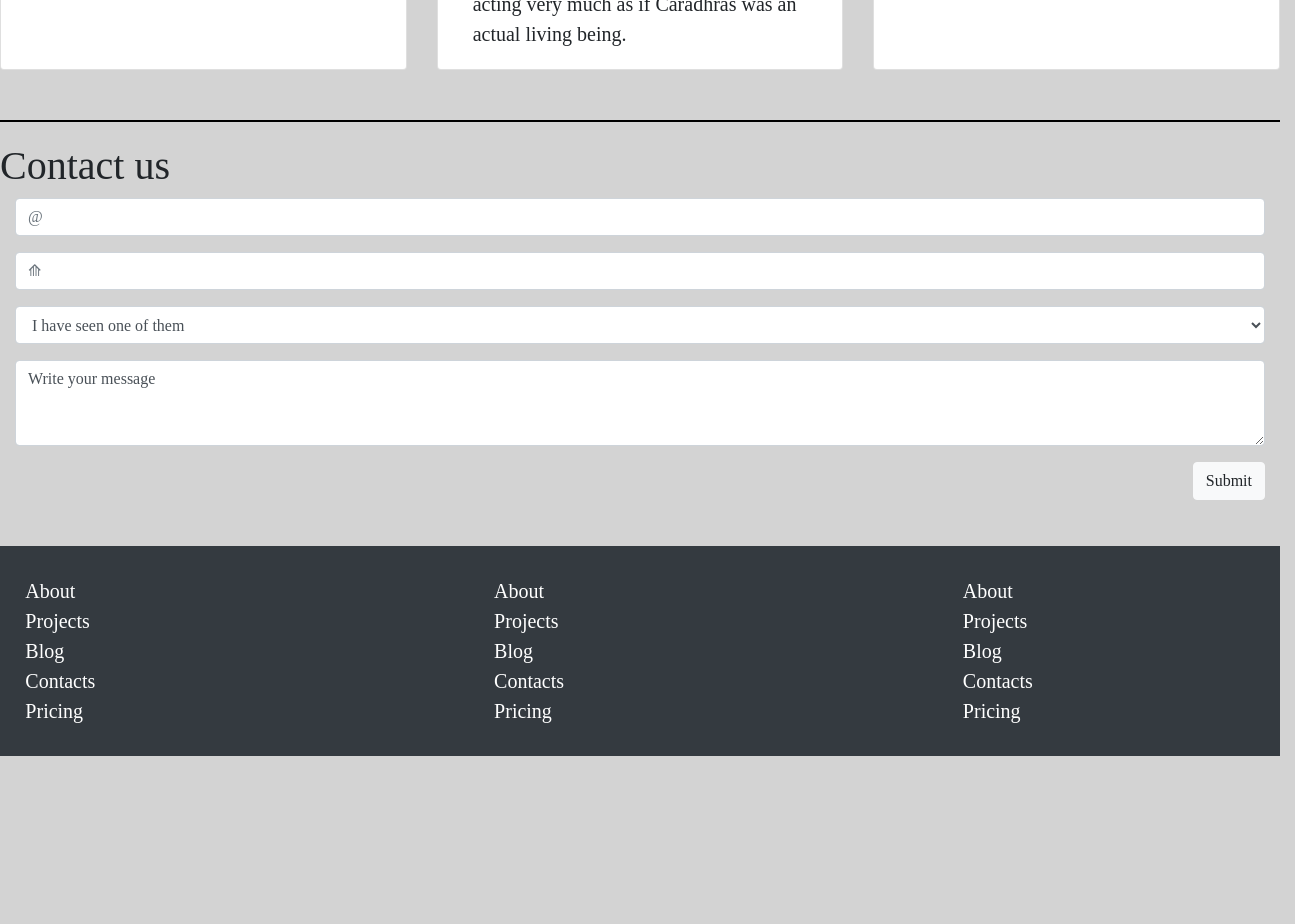
Repository: Khaleddwm/FindThePrecious
Page: index.html
An editor plug-in stored every save of this project. The page is shown before and after the next save, followed by the edit.
The browser window is 1280 px wide. The page is 1295 px wide, so the pictures cover 1295 px, including what lies to the right of the window. The pictures show the part of the page from y = 1790 to 2714 px (the page is 2714 px tall).
Some web fonts or font styles are not loaded; a fallback is used.

Above is the page before, as saved 2020-05-25 00:35:24.

### index.html
<!DOCTYPE html>
<html lang="en">
<head>
    <meta charset="UTF-8">
    <meta name="viewport" content="width=device-width, initial-scale=1.0">
    <title>FindThePrecious</title>
    <link href="https://fonts.googleapis.com/css2?family=Bad+Script&display=swap" rel="stylesheet">
    <!-- CSS only -->
    <link rel="stylesheet" href="https://stackpath.bootstrapcdn.com/bootstrap/4.5.0/css/bootstrap.min.css" integrity="sha384-9aIt2nRpC12Uk9gS9baDl411NQApFmC26EwAOH8WgZl5MYYxFfc+NcPb1dKGj7Sk" crossorigin="anonymous">
    <link rel="stylesheet" href="https://cdnjs.cloudflare.com/ajax/libs/font-awesome/4.7.0/css/font-awesome.min.css">
    <link rel="stylesheet" href="style.css">
    <!-- JS, Popper.js, and jQuery -->
    <script src="https://code.jquery.com/jquery-3.5.1.slim.min.js" integrity="sha384-DfXdz2htPH0lsSSs5nCTpuj/zy4C+OGpamoFVy38MVBnE+IbbVYUew+OrCXaRkfj" crossorigin="anonymous"></script>
    <script src="https://cdn.jsdelivr.net/npm/popper.js@1.16.0/dist/umd/popper.min.js" integrity="sha384-Q6E9RHvbIyZFJoft+2mJbHaEWldlvI9IOYy5n3zV9zzTtmI3UksdQRVvoxMfooAo" crossorigin="anonymous"></script>
    <script src="https://stackpath.bootstrapcdn.com/bootstrap/4.5.0/js/bootstrap.min.js" integrity="sha384-OgVRvuATP1z7JjHLkuOU7Xw704+h835Lr+6QL9UvYjZE3Ipu6Tp75j7Bh/kR0JKI" crossorigin="anonymous"></script>
</head>
<body>
    <nav class="navbar navbar-expand-sm navbar-dark bg-dark">
        <a href"index.html" class="titleNav navbar-brand">FindThePrecious.com</a>
        <button class="navbar-toggler" data-toggle="collapse" data-target="#navbarMenu">
            <span class="navbar-toggler-icon"></span>
        </button>
        <div class="collapse navbar-collapse" id="navbarMenu">
            <ul class="navbar-nav">
                <li class="nav-item">
                    <a href="#" class="nav-link">Fellows</a>
                </li>
                <li>
                    <a href="#" class="nav-link">Contact us</a>
                </li>
            </ul>
        </div>
    </nav>
    <div id="carouselControls" class="carousel slide" data-ride="carousel">
        <div class="carousel-inner">
            <div class="carousel-caption d-none d-block">
                <h1>Dangerous fellowship try to destroy the ring</h1>
                <p>Orcs, Goblins, Balrogs, protect your master Sauron !</p>
            </div>
            <div class="carousel-item active">
                <img class="d-block w-100" src="https://img.phonandroid.com/2018/04/seigneur-des-anneaux.jpg" alt="First slide">
            </div>
            <div class="carousel-item">
                <img class="d-block w-100" src="https://www.journaldugeek.com/content/uploads/2019/07/lord-of-the-rings-gollum-new-lotr-stealth-game-coming-2021-from-daedalic-entertainment-767717.jpg" alt="Second slide">
            </div>
            <div class="carousel-item">
                <img class="d-block w-100" src="https://vignette.wikia.nocookie.net/lotr/images/1/15/Gothmog_the_lord_of_balrogs_by_atohas-d8hf6ru.jpg/revision/latest?cb=20180410213854" alt="Third slide">
            </div>
        </div>
        <a class="carousel-control-prev" href="#carouselControls" role="button" data-slide="prev">
            <span class="carousel-control-prev-icon" aria-hidden="true"></span>
            <span class="sr-only">Previous</span>
        </a>
        <a class="carousel-control-next" href="#carouselControls" role="button" data-slide="next">
            <span class="carousel-control-next-icon" aria-hidden="true"></span>
            <span class="sr-only">Next</span>
        </a>
    </div>
    <div class="wanted">
        <div class="wanted-title">
            <h1>Fellows wanted dead (or alive if you want to eat them later)</h1>
        </div>
        <div class="card-deck">
            <div class="card col-xs-12 col-md-4">
                <img src="https://kr4v3n.github.io/Sauron/img/gandalf.png" class="card-img-top" alt="Gandalf">
                <div class="living card-img-overlay">
                    <h2>Reward 1000 gold coins</h2>
                </div>
                <div class="card-body">
                    <h2 class="card-title">Gandalf</h2>
                    <p class="card-text">
                        Gandalf was shorter in stature than the other two; but his long white hair,
                        his sweeping silver beard, and his broad shoulders, made him look like some wise king of ancient legend.
                        In his aged face under great snowy brows his eyes were set like coals that could suddenly burst into fire.
                    </p>
                </div>
            </div>
            <div class="card col-xs-12 col-md-4">
                <img src="https://kr4v3n.github.io/Sauron/img/gimli.png" class="card-img-top" alt="Gimli">
                <div class="dead card-img-overlay">
                    <h2>DEAD</h2>
                </div>
                <div class="card-body">
                    <h2 class="card-title">Gimli</h2>
                    <p class="card-text">
                        Gimli throughout the War showed perhaps the greatest open contempt for Sauron and his minions, save possibly Boromir.
                        He was a grim character, for the most part, laughing only occasionally and, though in a few rare situations inspiring amusement,
                        never joking. Due to his comments especially during the initial stage of the journey, he may be called more superstitious than the others,
                        acting very much as if Caradhras was an actual living being.
                    </p>
                </div>
            </div>
            <div class="card col-xs-12 col-md-4">
                <img src="https://kr4v3n.github.io/Sauron/img/aragorn.png" class="card-img-top" alt="Aragorn">
                <div class="living card-img-overlay">
                    <h2>Reward 250 gold coins</h2>
                </div>
                <div class="card-body">
                    <h2 class="card-title">Aragorn</h2>
                    <p class="card-text">
                        An artist's conception of Aragorn at The Prancing Pony Tolkien gives
                        a brief but detailed description of him in The Lord of the Rings: lean, dark, tall, with
                        "a shaggy head of dark hair flecked with grey, and in a pale stern face a pair of keen grey eyes."
                    </p>
                </div>
            </div>
        </div>
    </div>
    <div class="form">
        <h1>Contact us</h1>
        <form class="container-fluid">
            <div class="form-group">
                <input type="email" class="form-control" id="email" placeholder="&#64;">
            </div>
            <div class="form-group">
                <input type="email" class="form-control" id="email" placeholder="&#10224;">
            </div>
            <div class="form-group">
                <select class="form-control" id="select">
                    <option>I have seen one of them</option>
                    <option>I have lost one of them</option>
                    <option>I have find one of them</option>
                </select>
            </div>
            <div class="form-group">
                <textarea class="form-control" id="textarea" rows="3">Write your message</textarea>
            </div>
            <div class="form-group">
                <input type="submit" class="btn btn-light" id="submit" value="Submit">
            </div>
        </form>
    </div>
    <footer class="section footer-classic context-dark bg-image bg-dark">
        <div class="container-fluid">
            <div class="d-flex justify-content-between">
                <div class="col-md-4 col-xl-3">
                    <ul class="nav-list">
                        <li><a href="#">About</a></li>
                        <li><a href="#">Projects</a></li>
                        <li><a href="#">Blog</a></li>
                        <li><a href="#">Contacts</a></li>
                        <li><a href="#">Pricing</a></li>
                    </ul>
                </div>
                <div class="col-md-4 col-xl-3">
                    <ul class="nav-list">
                        <li><a href="#">About</a></li>
                        <li><a href="#">Projects</a></li>
                        <li><a href="#">Blog</a></li>
                        <li><a href="#">Contacts</a></li>
                        <li><a href="#">Pricing</a></li>
                    </ul>
                </div>
                <div class="col-md-4 col-xl-3">
                    <ul class="nav-list">
                        <li><a href="#">About</a></li>
                        <li><a href="#">Projects</a></li>
                        <li><a href="#">Blog</a></li>
                        <li><a href="#">Contacts</a></li>
                        <li><a href="#">Pricing</a></li>
                    </ul>
                </div>
            </div>
        </div>
    </footer>
</body>
</html>

### style.css
body {
    font-family: 'Bad Script', cursive;
    background-color: lightgrey;
}

#navbarMenu, .titleNav {
    font-size: 30px;
}

.navbar {
    overflow: hidden;
    position: fixed; /* Set the navbar to fixed position */
    top: 0; /* Position the navbar at the top of the page */
    width: 100%; /* Full width */
    z-index: 1000;
}

/* Change background on mouse-over */
#navbarMenu a:hover {
    background: lightgray;
    color: black;
}

#carouselControls {
    margin-top: 60px;
}

p {
    font-size: 20px;
}

img {
    width: auto;
    height: 600px;
}

.wanted-title {
    text-align: center;
    margin: 50px;
}
/* hover for living */
.living h2 {
    background-color: lightgray;
}

.living {
    opacity: 0;
}

.living:hover {
    opacity: 1;
    text-align: center;
}

/* hover for dead */
.dead {
    opacity: 0;
}

.dead:hover {
    opacity: 1;
    text-align: center;
    background-color: lightgray;
}

#submit {
    float: right;
}

.form {
    font-size: 30px;
    margin-top: 50px;
    margin-bottom: 100px;
    border-top: 2px solid black;
}

.form h1 {
    margin-top: 20px;
}

footer .container-fluid {
    padding-top: 30px;
    padding-bottom: 30px;
    font-size: 20px;
}



.footer-classic a, .footer-classic a:focus, .footer-classic a:active {
    color: white;
}




ul, ol {
    list-style: none;
    padding: 0;
    margin: 0;
}

.social-inner {
    display: flex;
    flex-direction: column;
    align-items: center;
    width: 100%;
    padding: 23px;
    font: 900 13px/1 "Lato", -apple-system, BlinkMacSystemFont, "Segoe UI", Roboto, "Helvetica Neue", Arial, sans-serif;
    text-transform: uppercase;
    color: rgba(255, 255, 255, 0.5);
}
.social-container .col {
    border: 1px solid rgba(255, 255, 255, 0.1);
}
.nav-list li a:before {
    content: "\f14f";
    font: 400 21px/1 "Material Design Icons";
    color: #4d6de6;
    display: inline-block;
    vertical-align: baseline;
    margin-left: -28px;
    margin-right: 7px;
    opacity: 0;
    visibility: hidden;
    transition: .22s ease;
}

After the next save:
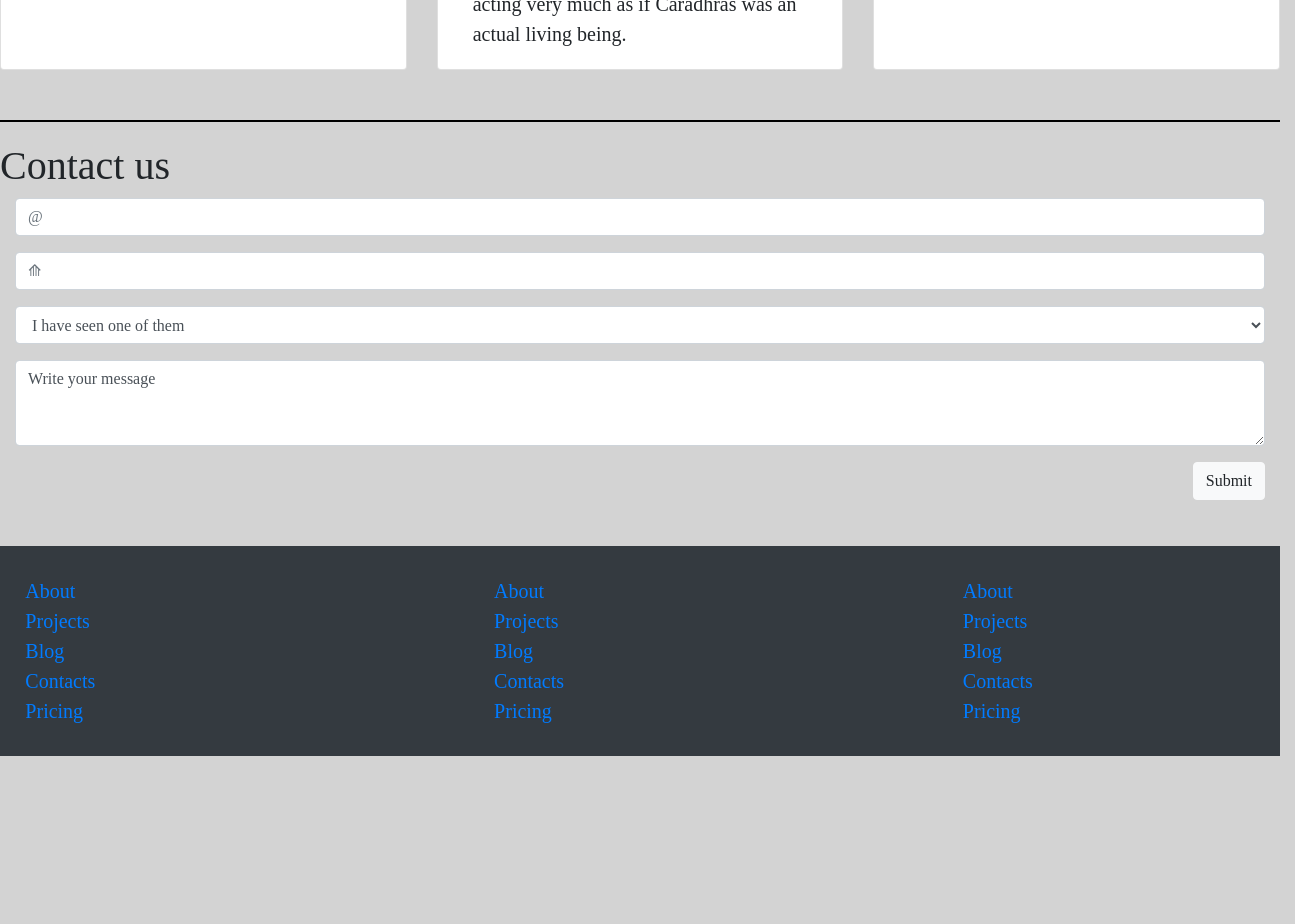
Saved 30 s later.
--- a/style.css
+++ b/style.css
@@ -86,7 +86,7 @@
 
 
 
-.footer-classic a, .footer-classic a:focus, .footer-classic a:active {
+footer {
     color: white;
 }
 

After the save that followed:
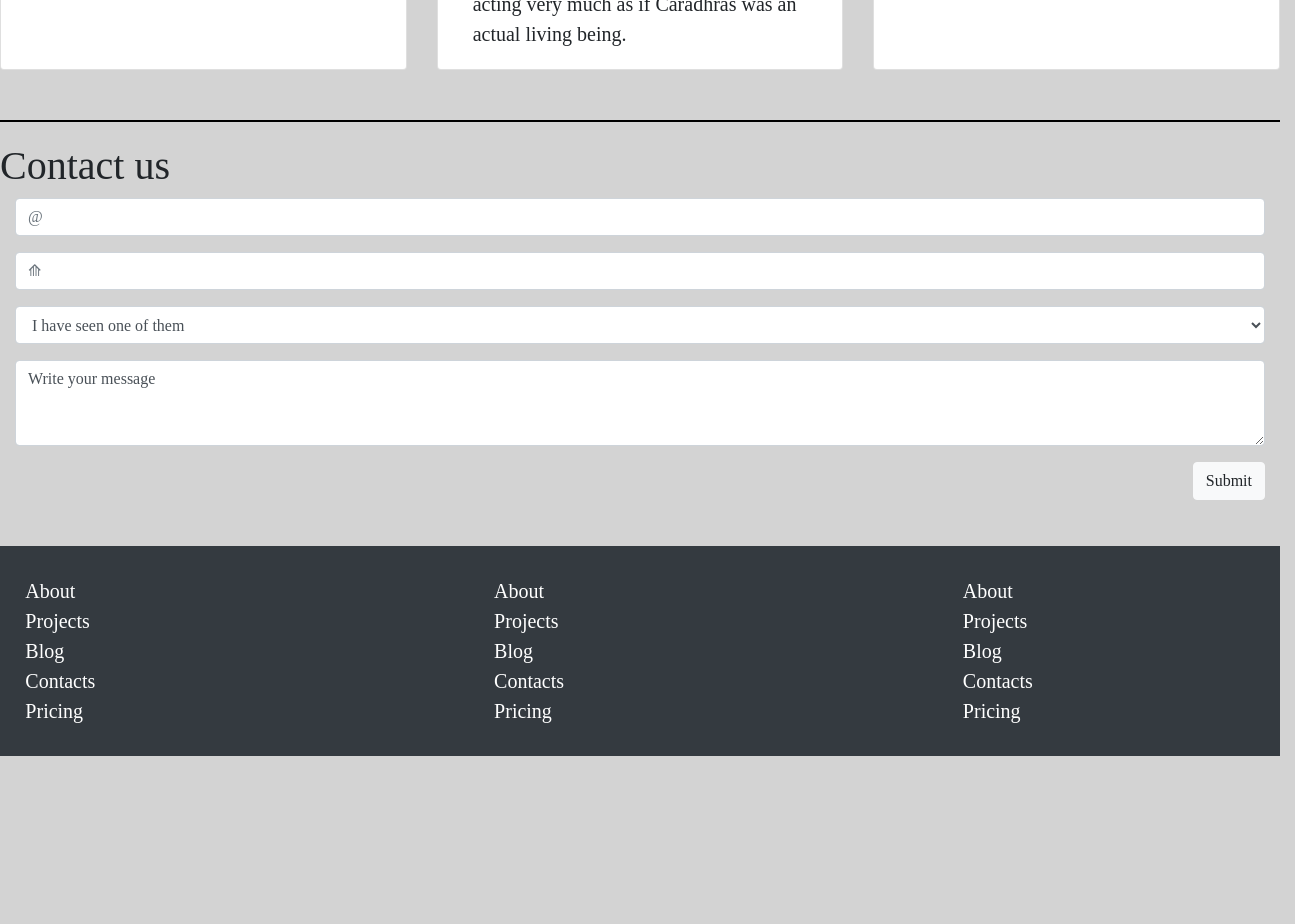
Saved 19 s later.
--- a/style.css
+++ b/style.css
@@ -86,7 +86,7 @@
 
 
 
-footer {
+.footer-classic a, .footer-classic a:focus, .footer-classic a:active {
     color: white;
 }
 
